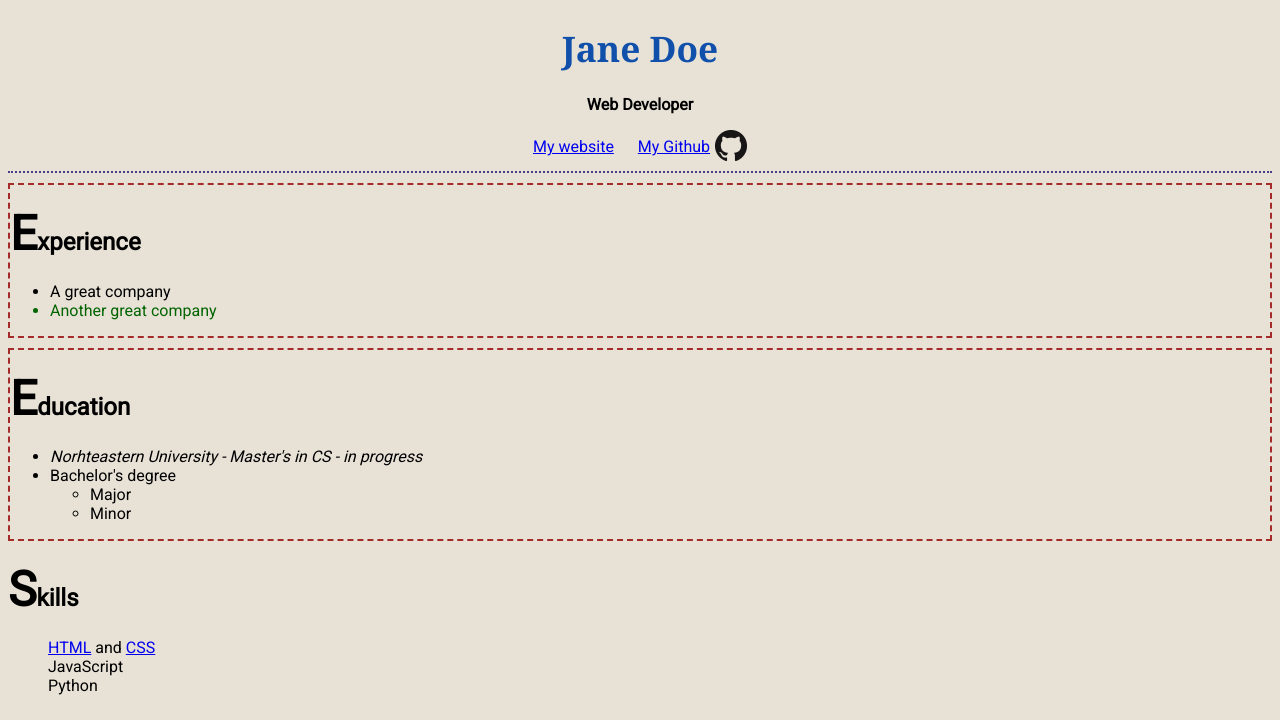
Repository: liulian26/CS5610
Page: Lab2/index.html
The author's editor kept a copy of each file at every save. The page is drawn from the files as they stood at one save, then again after the next save.
The browser window is 1280 px wide. The pictures show the whole page.

Above is the page before, as saved 2025-01-23 21:48:37.

After the next save:
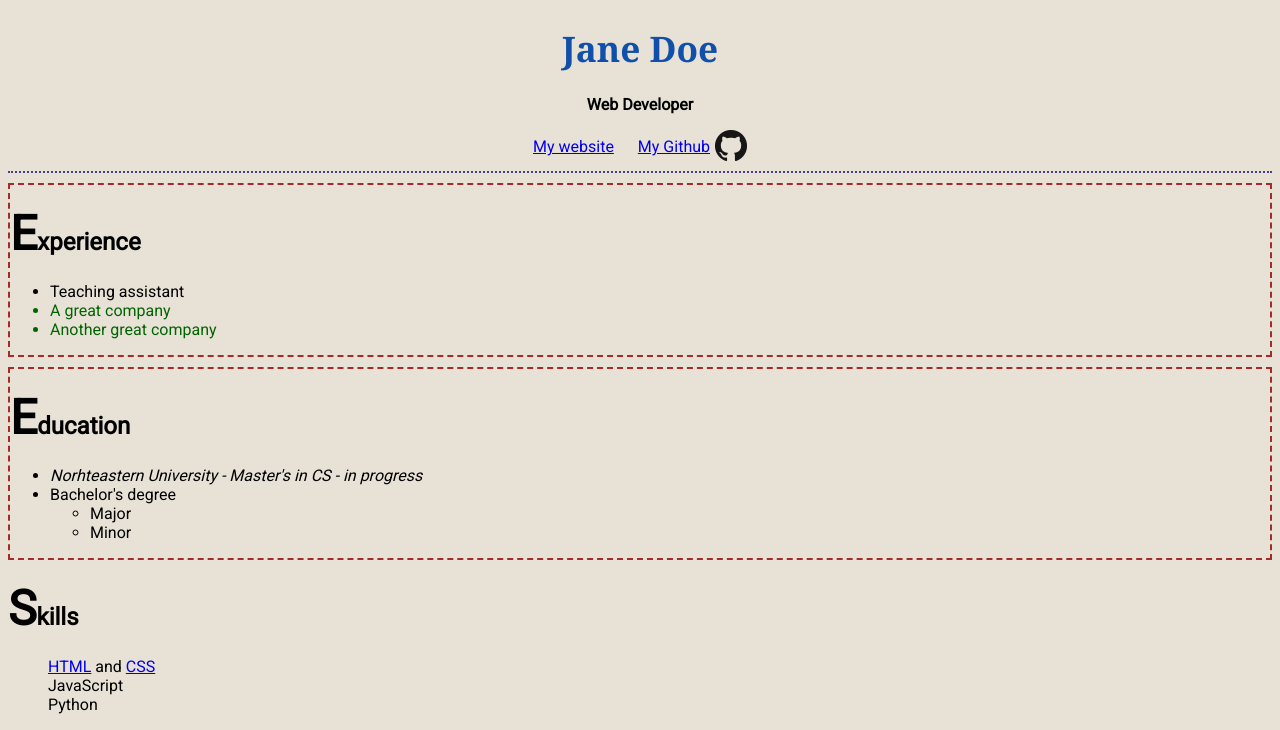
Saved 98 s later.
--- a/Lab2/index.html
+++ b/Lab2/index.html
@@ -18,6 +18,7 @@
       <section class="experience">
         <h2>Experience</h2>
         <ul>
+          <li>Teaching assistant</li>
           <li>A great company</li>
           <li>Another great company</li>
         </ul>
